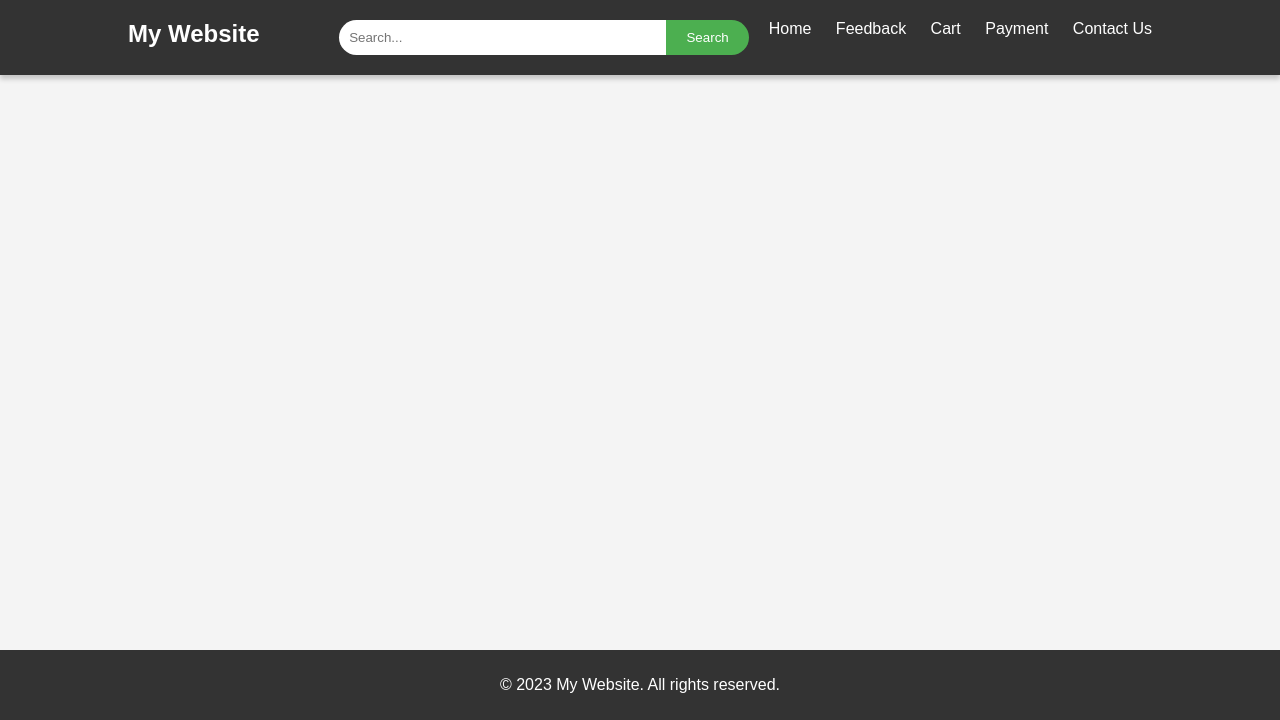
Repository: UrinduYatawakaa/OOP_project
Page: http://localhost/ProductDemo/homePage.jsp
An editor plug-in stored every save of this project. The page is shown before and after the next save, followed by the edit.
The browser window is 1280 px wide. The pictures show the whole page.
The page is served by Tomcat 9.

Above is the page before, as saved 2023-10-23 20:18:59.

After the next save:
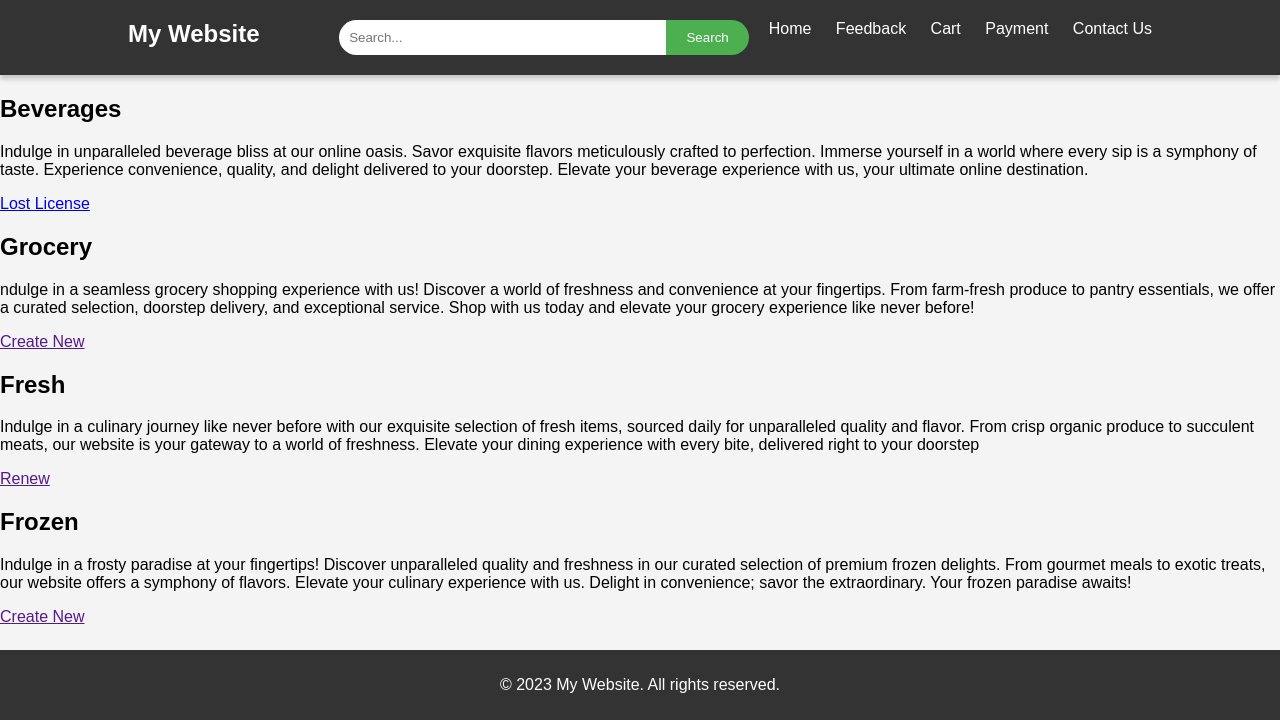
Saved 52 s later.
--- a/oop project/ProductDemo/src/main/webapp/homePage.jsp
+++ b/oop project/ProductDemo/src/main/webapp/homePage.jsp
@@ -33,7 +33,37 @@
         </div>
     </header>
 
-    <!-- Content Goes Here -->
+        <!-- feature card start    -->
+    <div class = "featurecard">
+        <div class = "card">
+            <div class = "card-image card1"></div>
+            <h2>Beverages</h2>
+            <p>Indulge in unparalleled beverage bliss at our online oasis. Savor exquisite flavors meticulously crafted to perfection. Immerse yourself in a world where every sip is a symphony of taste. Experience convenience, quality, and delight delivered to your doorstep. Elevate your beverage experience with us, your ultimate online destination.</p>
+            <a href="lostid.html" >Lost License</a>
+        </div>
+
+        <div class = "card">
+            <div class = "card-image card2"></div>
+            <h2>Grocery</h2>
+            <p>ndulge in a seamless grocery shopping experience with us! Discover a world of freshness and convenience at your fingertips. From farm-fresh produce to pantry essentials, we offer a curated selection, doorstep delivery, and exceptional service. Shop with us today and elevate your grocery experience like never before!</p>
+            <a href="" >Create New</a>
+        </div>
+
+        <div class = "card">
+            <div class = "card-image card3"></div>
+            <h2>Fresh</h2>
+            <p>Indulge in a culinary journey like never before with our exquisite selection of fresh items, sourced daily for unparalleled quality and flavor. From crisp organic produce to succulent meats, our website is your gateway to a world of freshness. Elevate your dining experience with every bite, delivered right to your doorstep</p>
+            <a href="" >Renew</a>
+        </div>
+
+        <div class = "card">
+            <div class = "card-image card4"></div>
+            <h2>Frozen</h2>
+            <p>Indulge in a frosty paradise at your fingertips! Discover unparalleled quality and freshness in our curated selection of premium frozen delights. From gourmet meals to exotic treats, our website offers a symphony of flavors. Elevate your culinary experience with us. Delight in convenience; savor the extraordinary. Your frozen paradise awaits!</p>
+            <a href="" >Create New</a>
+        </div>
+    </div>
+
 
     <footer>
         <div class="container">
